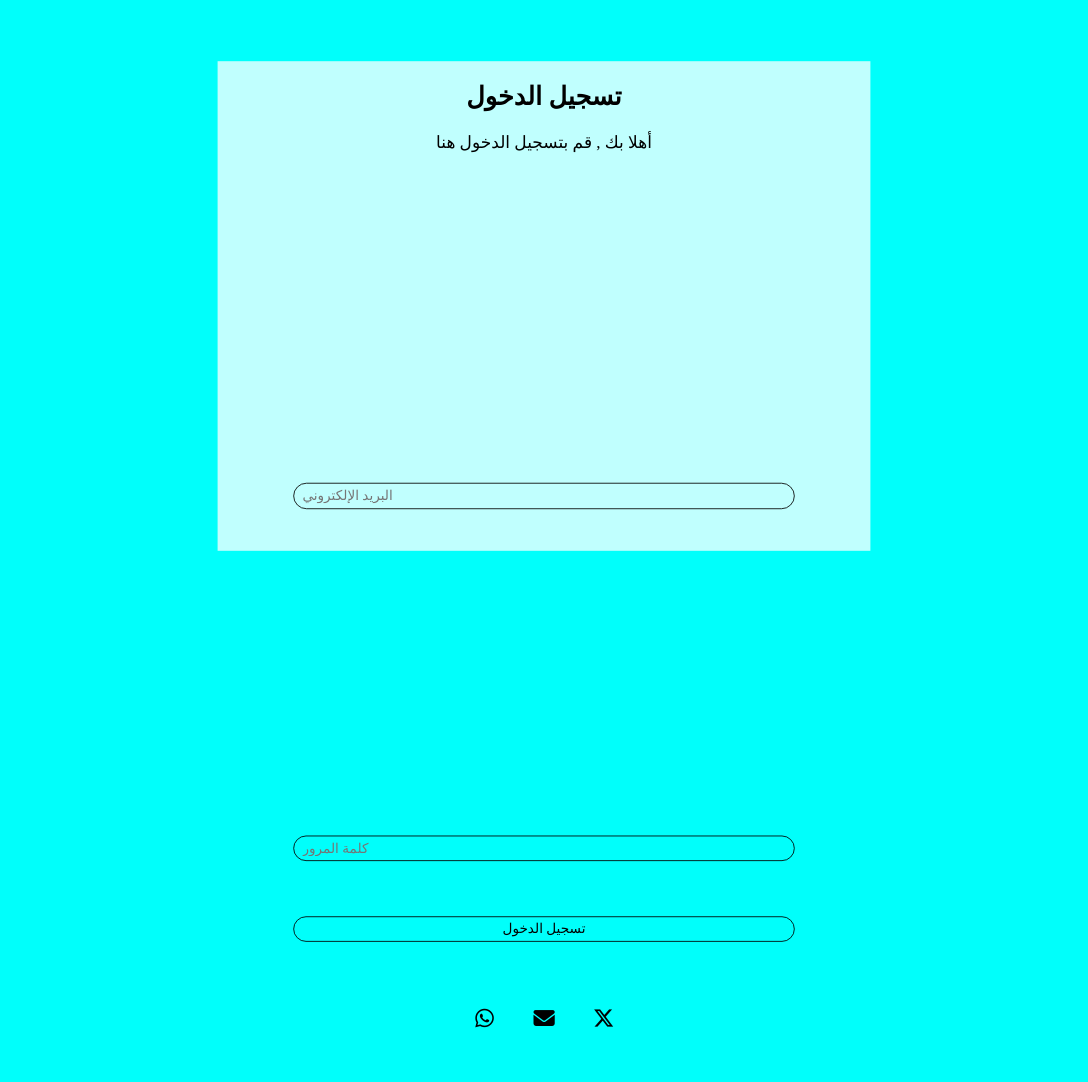
Repository: FaisalFahed/login-page
Page: html/صفحة تسجيل دخول.html
These files come from the project's save history. The page is drawn as it stood at one moment and after the next save; the edit follows.
The browser window is 1280 px wide. The pictures show the whole page, at 85% of full size.
Some web fonts or font styles are not loaded; a fallback is used.

Above is the page before, as saved 2025-04-01 08:51:25.

### html/صفحة تسجيل دخول.html
<!DOCTYPE html>
<html lang="en">
<head>
    <meta charset="UTF-8">
    <meta name="viewport" content="width=device-width, initial-scale=1.0">
    <link rel="stylesheet" href="css/normlaize.css">
    <link rel="stylesheet" href="../css/صفحة تسجيل دخول.css">
    <!-- Font Awesome -->
    <link rel="stylesheet" href="../css/all.min.css">
    <!-- Google Fonts -->
    <link rel="preconnect" href="https://fonts.googleapis.com">
    <link rel="preconnect" href="https://fonts.gstatic.com" crossorigin>
    <link href="https://fonts.googleapis.com/css2?family=Markazi+Text:wght@400..700&display=swap" rel="stylesheet">
    <title>Faisal | صفحة تسجيل دخول</title>
</head>
    <body>
        <div class="container">
            <div class="text">
                <h2>تسجيل الدخول</h2>
                <p>أهلا بك , قم بتسجيل الدخول هنا</p>
            </div>
            <div class="log-in">
                <input type="email" placeholder="البريد الإلكتروني">
                <input type="password" placeholder="كلمة المرور">
                <input type="submit" value="تسجيل الدخول">
            </div>
            <div class="icons">
                <ul>
                    <li><a href="#"><i class="fa-brands fa-whatsapp"></i></a></li>
                    <li><a href="#"><i class="fa-solid fa-envelope"></i></a></li>
                    <li><a href="#"><i class="fa-brands fa-x-twitter"></i></a></li>
                </ul>
            </div>
        </div>
    </body>
</html>

### css/normlaize.css
/*! normalize.css v8.0.1 | MIT License | github.com/necolas/normalize.css */

/* Document
   ========================================================================== */

/**
 * 1. Correct the line height in all browsers.
 * 2. Prevent adjustments of font size after orientation changes in iOS.
 */

 html {
  line-height: 1.15; /* 1 */
  -webkit-text-size-adjust: 100%; /* 2 */
}

/* Sections
   ========================================================================== */

/**
 * Remove the margin in all browsers.
 */

body {
  margin: 0;
}

/**
 * Render the `main` element consistently in IE.
 */

main {
  display: block;
}

/**
 * Correct the font size and margin on `h1` elements within `section` and
 * `article` contexts in Chrome, Firefox, and Safari.
 */

h1 {
  font-size: 2em;
  margin: 0.67em 0;
}

/* Grouping content
   ========================================================================== */

/**
 * 1. Add the correct box sizing in Firefox.
 * 2. Show the overflow in Edge and IE.
 */

hr {
  box-sizing: content-box; /* 1 */
  height: 0; /* 1 */
  overflow: visible; /* 2 */
}

/**
 * 1. Correct the inheritance and scaling of font size in all browsers.
 * 2. Correct the odd `em` font sizing in all browsers.
 */

pre {
  font-family: monospace, monospace; /* 1 */
  font-size: 1em; /* 2 */
}

/* Text-level semantics
   ========================================================================== */

/**
 * Remove the gray background on active links in IE 10.
 */

a {
  background-color: transparent;
}

/**
 * 1. Remove the bottom border in Chrome 57-
 * 2. Add the correct text decoration in Chrome, Edge, IE, Opera, and Safari.
 */

abbr[title] {
  border-bottom: none; /* 1 */
  text-decoration: underline; /* 2 */
  text-decoration: underline dotted; /* 2 */
}

/**
 * Add the correct font weight in Chrome, Edge, and Safari.
 */

b,
strong {
  font-weight: bolder;
}

/**
 * 1. Correct the inheritance and scaling of font size in all browsers.
 * 2. Correct the odd `em` font sizing in all browsers.
 */

code,
kbd,
samp {
  font-family: monospace, monospace; /* 1 */
  font-size: 1em; /* 2 */
}

/**
 * Add the correct font size in all browsers.
 */

small {
  font-size: 80%;
}

/**
 * Prevent `sub` and `sup` elements from affecting the line height in
 * all browsers.
 */

sub,
sup {
  font-size: 75%;
  line-height: 0;
  position: relative;
  vertical-align: baseline;
}

sub {
  bottom: -0.25em;
}

sup {
  top: -0.5em;
}

/* Embedded content
   ========================================================================== */

/**
 * Remove the border on images inside links in IE 10.
 */

img {
  border-style: none;
}

/* Forms
   ========================================================================== */

/**
 * 1. Change the font styles in all browsers.
 * 2. Remove the margin in Firefox and Safari.
 */

button,
input,
optgroup,
select,
textarea {
  font-family: inherit; /* 1 */
  font-size: 100%; /* 1 */
  line-height: 1.15; /* 1 */
  margin: 0; /* 2 */
}

/**
 * Show the overflow in IE.
 * 1. Show the overflow in Edge.
 */

button,
input { /* 1 */
  overflow: visible;
}

/**
 * Remove the inheritance of text transform in Edge, Firefox, and IE.
 * 1. Remove the inheritance of text transform in Firefox.
 */

button,
select { /* 1 */
  text-transform: none;
}

/**
 * Correct the inability to style clickable types in iOS and Safari.
 */

button,
[type="button"],
[type="reset"],
[type="submit"] {
  -webkit-appearance: button;
}

/**
 * Remove the inner border and padding in Firefox.
 */

button::-moz-focus-inner,
[type="button"]::-moz-focus-inner,
[type="reset"]::-moz-focus-inner,
[type="submit"]::-moz-focus-inner {
  border-style: none;
  padding: 0;
}

/**
 * Restore the focus styles unset by the previous rule.
 */

button:-moz-focusring,
[type="button"]:-moz-focusring,
[type="reset"]:-moz-focusring,
[type="submit"]:-moz-focusring {
  outline: 1px dotted ButtonText;
}

/**
 * Correct the padding in Firefox.
 */

fieldset {
  padding: 0.35em 0.75em 0.625em;
}

/**
 * 1. Correct the text wrapping in Edge and IE.
 * 2. Correct the color inheritance from `fieldset` elements in IE.
 * 3. Remove the padding so developers are not caught out when they zero out
 *    `fieldset` elements in all browsers.
 */

legend {
  box-sizing: border-box; /* 1 */
  color: inherit; /* 2 */
  display: table; /* 1 */
  max-width: 100%; /* 1 */
  padding: 0; /* 3 */
  white-space: normal; /* 1 */
}

/**
 * Add the correct vertical alignment in Chrome, Firefox, and Opera.
 */

progress {
  vertical-align: baseline;
}

/**
 * Remove the default vertical scrollbar in IE 10+.
 */

textarea {
  overflow: auto;
}

/**
 * 1. Add the correct box sizing in IE 10.
 * 2. Remove the padding in IE 10.
 */

[type="checkbox"],
[type="radio"] {
  box-sizing: border-box; /* 1 */
  padding: 0; /* 2 */
}

/**
 * Correct the cursor style of increment and decrement buttons in Chrome.
 */

[type="number"]::-webkit-inner-spin-button,
[type="number"]::-webkit-outer-spin-button {
  height: auto;
}

/**
 * 1. Correct the odd appearance in Chrome and Safari.
 * 2. Correct the outline style in Safari.
 */

[type="search"] {
  -webkit-appearance: textfield; /* 1 */
  outline-offset: -2px; /* 2 */
}

/**
 * Remove the inner padding in Chrome and Safari on macOS.
 */

[type="search"]::-webkit-search-decoration {
  -webkit-appearance: none;
}

/**
 * 1. Correct the inability to style clickable types in iOS and Safari.
 * 2. Change font properties to `inherit` in Safari.
 */

::-webkit-file-upload-button {
  -webkit-appearance: button; /* 1 */
  font: inherit; /* 2 */
}

/* Interactive
   ========================================================================== */

/*
 * Add the correct display in Edge, IE 10+, and Firefox.
 */

details {
  display: block;
}

/*
 * Add the correct display in all browsers.
 */

summary {
  display: list-item;
}

/* Misc
   ========================================================================== */

/**
 * Add the correct display in IE 10+.
 */

template {
  display: none;
}

/**
 * Add the correct display in IE 10.
 */

[hidden] {
  display: none;
}

### css/صفحة تسجيل دخول.css
*{
    box-sizing: border-box;
}

:root{
    --main-color: #ff1f1fd6;
    --main-color-alt: #1787E0;
    --main-transition-duration: 0.3s;
    --main-padding-top: 100px;
    --main-padding-bottom: 100px;
    --section-background: #ECECEC;
}

html{
    scroll-behavior: smooth;
}

body{
    font-family: "Markazi Text", serif;
    background-color: #00fffb;
    display: flex;
    width: 100vw;
    height: 100vh;
    justify-content: center;
    align-items: center;
}

a{
    text-decoration: none;
}

ul{
    list-style: none;
    padding: 0;
    margin: 0;
}

.container{
    padding-left: 15px;
    padding-right: 15px;
    margin-left: auto;
    margin-right: auto;
    background-color: rgba(255, 255, 255, 0.753);
    height: 80vh;
    width: 60vw;
    text-align: center;
}

.text{
    font-size: 20px;
}
.log-in{
    display: flex;
    flex-direction: column;
    align-items: center;
    justify-content: center;
}
.log-in input{
    border: none;
    outline: none;
    padding: 5px 10px;
    margin: 15px 0;
    background-color: transparent;
    border: 1px solid black;
    border-radius: 16px;
    position: relative;
    width: 80%;
}

.log-in input:not(:last-child){
    margin-top: 50%;
}
.log-in input[type="submit"]{

    margin-top: 50px;
}
.icons ul{
    display: flex;
    align-items: center;
    justify-content: center;
}
.icons ul li a{
    color: black;
}
.icons ul li a i{
    margin-top: 50px;
    display: flex;
    justify-content: center;
    align-items: center;
    background-color: rgb(0, 255, 251);
    font-size: 25px;
    width: 50px;
    height: 50px;
    border-radius: 50%;
}
.icons ul li a i:nth-child(1){
    margin: 50px 10px;
}
/* @media (min-width:768px){
    .container{
        width: 750px;
    }
}

@media (min-width:992px){
    .container{
        width: 970px;
    }
}

@media (min-width:1200px){
    .container{
        width: 1170px;
    }
} */

Loaded but not shown: css/all.min.css (library)

After the next save:
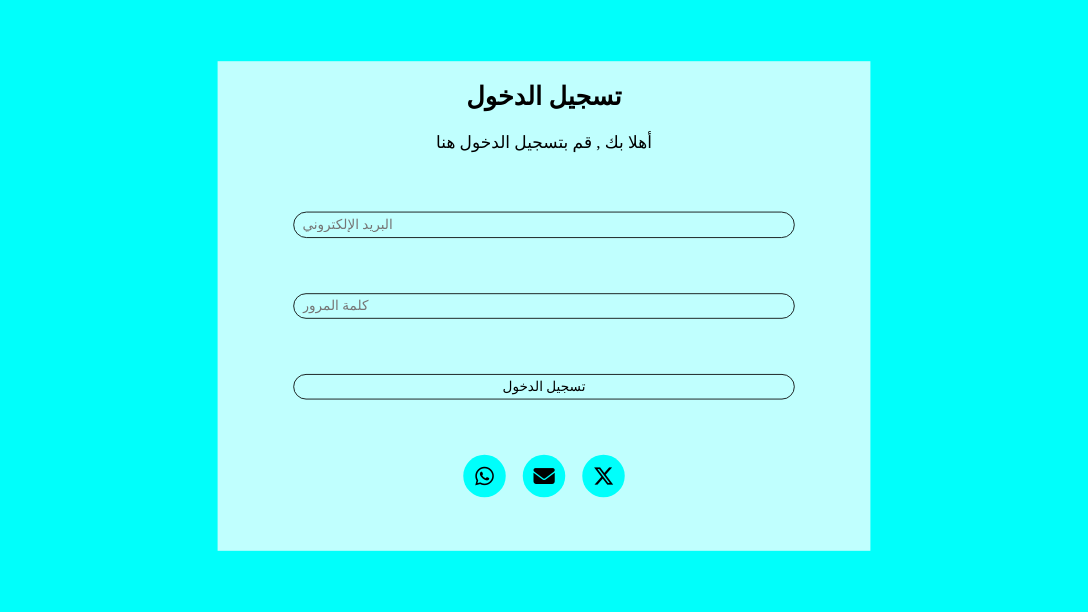
Saved 5 s later.
--- a/css/صفحة تسجيل دخول.css
+++ b/css/صفحة تسجيل دخول.css
@@ -68,7 +68,7 @@ ul{
 }
 
 .log-in input:not(:last-child){
-    margin-top: 50%;
+    margin-top: 50px;
 }
 .log-in input[type="submit"]{
 
